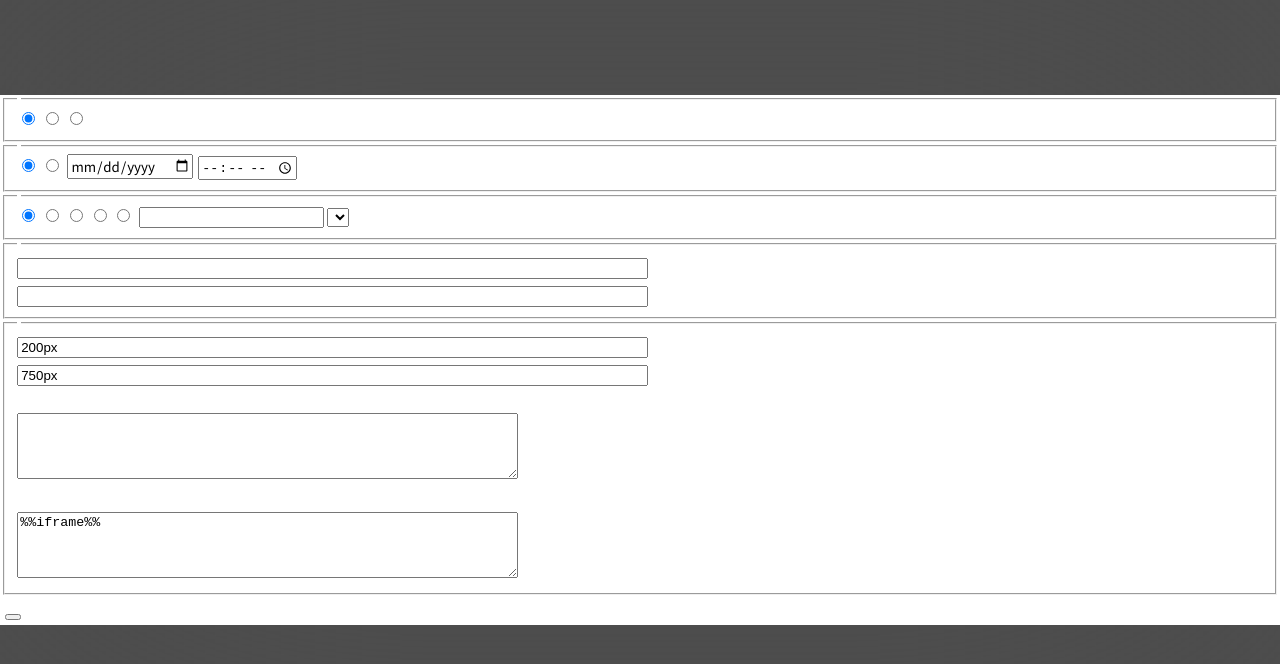
Repository: cirisus/ArknighTimer
Page: timer-selector.html
An editor plug-in stored every save of this project. The page is shown before and after the next save, followed by the edit.
The browser window is 1280 px wide. The pictures show the whole page.
Some web fonts or font styles are not loaded; a fallback is used.

Above is the page before, as saved 2024-03-08 22:22:54.

### timer-selector.html
<!DOCTYPE html>
<html>
  <head>
    <meta charset="UTF-8">
    <meta name="description" content="明日方舟同人中文站计时器">
    <meta name="keywords" content="arknights,wiki,timer,selector,generator">
    <link rel="stylesheet" href="timer-selector.css">
    <script src="https://cirisus.github.io/ArknighTimer/timer-selector.js"></script>
    <title>计时器生成工具</title>
  </head>

  <body>
    <noscript>此程序强依赖于对应的Javascript脚本。</noscript>
    <div id="form-container">
    <h1 id="error" class="hidden"></h1>

    <div id="form">
      <fieldset id="timer-type">
        <legend id="timer-type-label"></legend>

        <!-- Generic -->
        <span>
          <input id="timer-type-generic" type="radio" name="timer-type" value="generic" checked>
          <label id="timer-type-generic-label" for="timer-type"></label>
        </span>

        <!-- Deletion -->
        <span>
          <input id="timer-type-deletion" type="radio" name="timer-type" value="deletion">
          <label id="timer-type-deletion-label" for="timer-type"></label>
        </span>

        <!-- Ban -->
        <span>
          <input id="timer-type-ban" type="radio" name="timer-type" value="ban">
          <label id="timer-type-ban-label" for="timer-type"></label>
        </span>
      </fieldset>

      <fieldset id="start">
        <legend id="start-label"></legend>

        <!-- now -->
        <span>
          <input id="start-now" type="radio" name="start" value="now" checked>
          <label id="start-now-label" for="now"></label>
        </span>

        <!-- later / other time -->
        <span>
          <input id="start-later" type="radio" name="start" value="later">
          <label id="start-later-label" for="later"></label>
          <input id="start-later-date" class="radio-text" type="date"></input>
          <input id="start-later-time" class="radio-text" type="time"></input>
        </span>
      </fieldset>

      <fieldset id="duration">
        <legend id="duration-label"></legend>

        <!-- 1 day -->
        <span>
          <input id="duration-1d" type="radio" name="duration" value="86400000" checked>
          <label id="duration-1d-label" for="86400000"></label> <!-- in ms -->
        </span>

        <!-- 1 week -->
        <span>
          <input id="duration-1w" type="radio" name="duration" value="604800000">
          <label id="duration-1w-label" for="604800000"></label>
        </span>

        <!-- 2 weeks -->
        <span>
          <input id="duration-2w" type="radio" name="duration" value="1209600000">
          <label id="duration-2w-label" for="1209600000"></label>
        </span>

        <!-- 1 year -->
        <span>
          <input id="duration-1y" type="radio" name="duration" value="31536000000">
          <label id="duration-1y-label" for="31536000000"></label>
        </span>

        <!-- custom -->
        <span>
          <input id="duration-custom" type="radio" name="duration" value="custom">
          <label id="duration-custom-label" for="custom"></label>
          <input id="duration-custom-value" class="radio-text" type="number" size="6"></input>
          <select id="duration-custom-unit">
            <option id="unit-minute" value="60000"></option>
            <option id="unit-hour" value="3600000"></option>
            <option id="unit-day" value="86400000"></option>
            <option id="unit-week" value="604800000"></option>
            <option id="unit-month" value="2592000000"></option>
            <option id="unit-year" value="31536000000"></option>
          </select>
        </span>
      </fieldset>

      <fieldset id="messages">
        <legend id="messages-label"></legend>

        <div class="text">
          <label id="message-progress-label"></label>
          <input id="message-progress" type="text"></input>
        </div>

        <div class="text">
          <label id="message-finished-label"></label>
          <input id="message-finished" type="text"></input>
        </div>
      </fieldset>

      <fieldset id="advanced">
        <legend id="advanced-label"></legend>

        <div class="text message-short">
          <label id="height-label"></label>
          <input id="height" type="text" value="200px"></input>
        </div>

        <div class="text message-short">
          <label id="width-label"></label>
          <input id="width" type="text" value="750px"></input>
        </div>

        <div class="text">
          <label id="custom-css-label"></label><br>
          <textarea id="custom-css" cols="60" rows="4"></textarea>
        </div>

        <div class="text">
          <label id="template-label"></label><br>
          <textarea id="template" cols="60" rows="4">%%iframe%%</textarea>
        </div>
      </fieldset>

      <div>
        <button id="build"></button>

        <span class="info">
          [<a id="info-help" href="https://cirisus.github.io/ArknighTimer" target="_blank"></a>]
          [<a id="info-source" href="https://github.com/cirisus/ArknighTimer" target="_blank"></a>]
        </span>
      </div>
    </div>

    <!-- output -->
    <div style="color: #fff"><textarea id="output" class="hidden" cols="60" rows="4" readonly></textarea></div>
    </div>
  </body>
</html>

### timer-selector.css
@import url('https://fonts.googleapis.com/css2?family=Noto+Sans+SC:wght@100..900&display=swap');
@import url('https://fonts.googleapis.com/css2?family=JetBrains+Mono:ital,wght@0,100..800;1,100..800&family=Noto+Sans+SC:wght@100..900&display=swap');
@font-face {
  font-family: 'Bender';
  src: url(https://cdn.jsdelivr.net/gh/cirisus/ArknighTimer/Bender/Bender.otf);
  font-weight: normal;
  font-style: normal;
}
body {
  margin: 0;
  font-family: 'Bender','Noto Sans SC', sans-serif;
  letter-spacing: -.05em;
  background-color: #4d4d4d;
  /*background-image: url(https://picsum.photos/800/1200);*/
  background-position: center;
  background-repeat: no-repeat;
  background-size: cover;
}
a {
  color: #ffa600;
  text-decoration: none;
  transition: .3s;
  &:hover {
    text-decoration: none;
    color: #a96e00;
  }
}
#form-container {
  --size: 15rem;
  display: flex;
  flex-direction: column;
  align-items: center;
  justify-content: center;
  height: 100vh;
  width: 100vw;
  -webkit-backdrop-filter: blur(10rem);
  backdrop-filter: blur(10rem);
  position: relative;
  &::before {
    content: '';
    position: absolute;
    top: calc(50% - var(--size) / 2);
    left: calc(50% - var(--size) / 2);
    width: var(--size);
    height: var(--size);
    border-radius: 50%;
    background-color: #f00;
    z-index: -1;
    transform: translateX(-40%);
  }
  &::after {
    content: '';
    position: absolute;
    top: calc(50% - var(--size) / 2);
    left: calc(50% - var(--size) / 2);
    width: var(--size);
    height: var(--size);
    border-radius: 50%;
    background-color: #00f;
    z-index: -1;
    transform: translateX(40%);
  }
}
#form {
  background-color: #fff;
  margin: auto;
  width: 100%;
  -webkit-backdrop-filter: blur(10rem);
  backdrop-filter: blur(10rem);
  z-index: 1;
}
input[type="date" i] {
  font-family: 'Bender','Noto Sans SC', sans-serif;
}
fieldset {
  color: #fff;
  margin: 0.2em;
}
.radio-text {
  margin-left: 0.2em;
}
.text {
  margin-top: 0.2em;
}
.text input {
  width: 50%;
}
.text-short input {
  width: 25%;
}
#build {
  margin: 0.4em;
}
.info {
  color: #fff;
  font-size: inherit;
}
/* Basic utility classes */
.hidden {
  display: none;
}
#error {
  text-align: center;
  color: #ffa600;
}
.error-secondary {
  font-size: 0.6em;
}
#output {
  font-family: 'JetBrains Mono', monospace;
  margin: 0.25em;
}

After the next save:
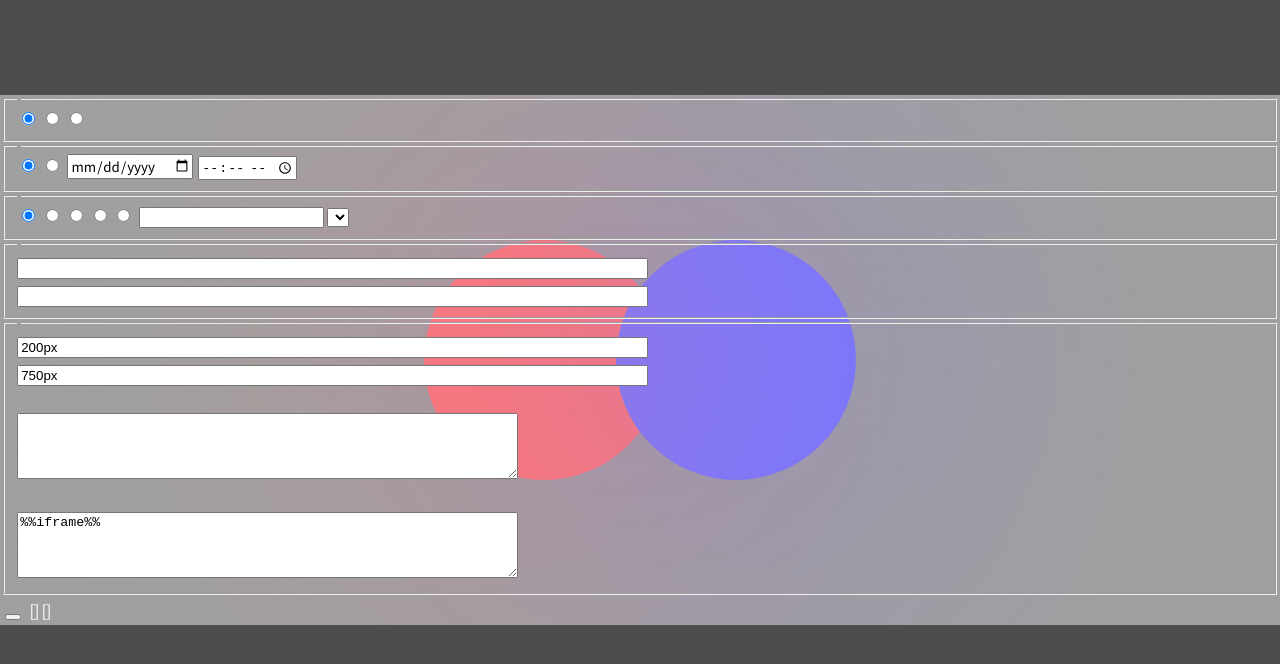
Saved 7 s later.
--- a/timer-selector.css
+++ b/timer-selector.css
@@ -62,7 +62,7 @@
   }
 }
 #form {
-  background-color: #fff;
+  background-color: #ffffff77;
   margin: auto;
   width: 100%;
   -webkit-backdrop-filter: blur(10rem);
